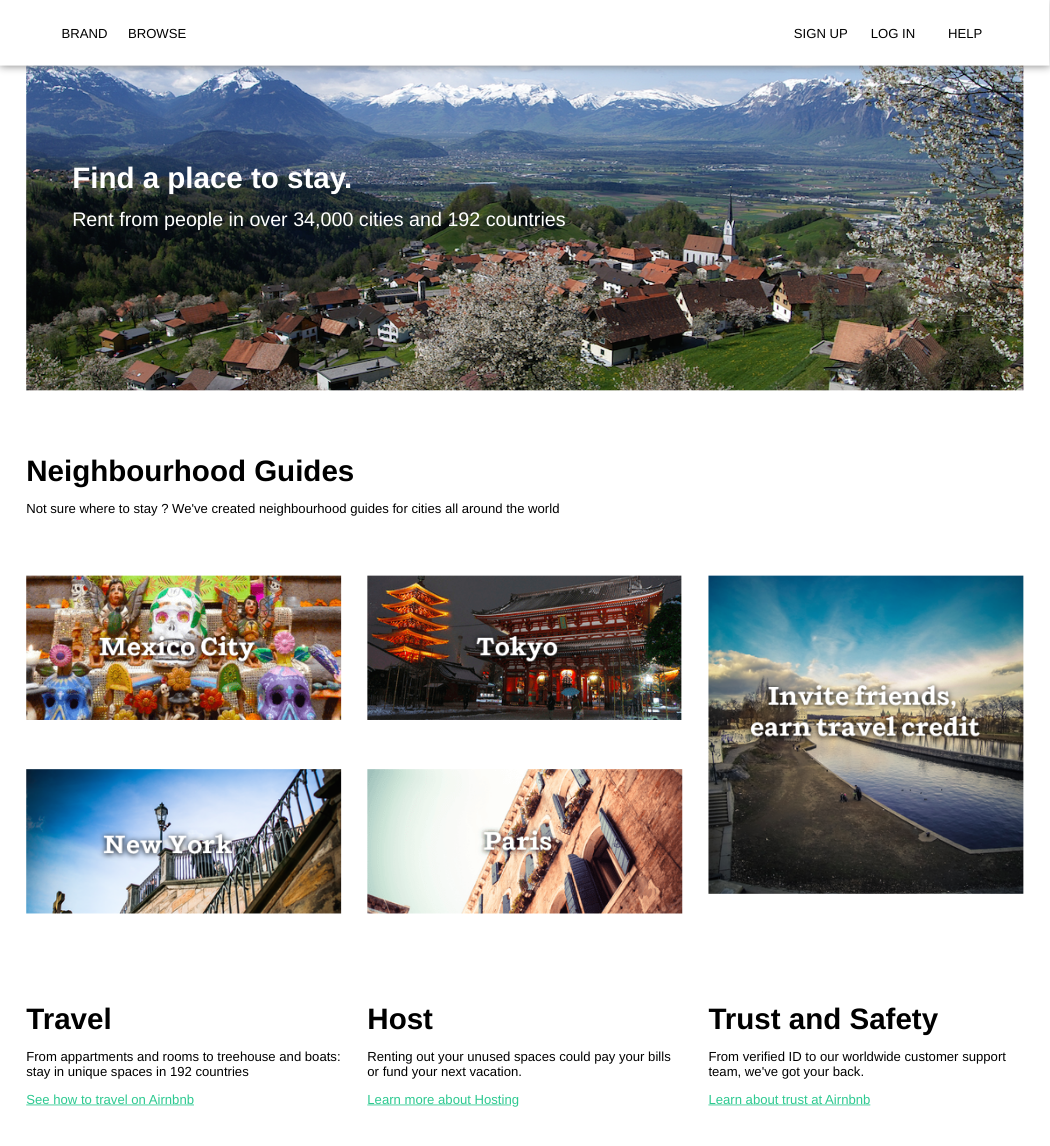
Repository: Naohonproject/web101x02-asm3
Page: Project3.html
The author's editor kept a copy of each file at every save. The page is drawn from the files as they stood at one save, then again after a run of saves.
The browser window is 1280 px wide. The pictures show the whole page, at 82% of full size.

Above is the page before, as saved 2022-01-22 16:12:56.

### Project3.html
<!-- @format -->

<!DOCTYPE html>
<html lang="en">
	<head>
		<meta charset="UTF-8" />
		<meta http-equiv="X-UA-Compatible" content="IE=edge" />
		<meta name="viewport" content="width=device-width, initial-scale=1.0" />
		<link rel="stylesheet" href="./assets/css/style.css" />

		<link rel="stylesheet" href="./assets/css/layout.css" />
		<link rel="stylesheet" href="./assets/css/responsive.css" />
		<title>Home</title>
	</head>
	<body id="web-container">
		<header id="header">
			<div class="header-wrapper">
				<div class="nav-bar">
					<div class="left-col">
						<div class="nav-item ml">
							<a href="#">Brand</a>
						</div>

						<div class="nav-item ml">
							<a href="#">Browse</a>
						</div>
					</div>

					<div class="right-col">
						<div class="nav-item ml">
							<a href="Signup.html" target="_blank">Sign Up</a>
						</div>

						<div class="nav-item ml">
							<a href="login.html" target="_blank">Log In</a>
						</div>

						<div class="nav-item ml mr">
							<a href="#" target="_blank">Help</a>
						</div>
					</div>
				</div>
			</div>
		</header>

		<div id="main" class="p-32">
			<div id="banner">
				<div class="banner-wrapper">
					<div class="content-heading">
						<h1 class="bold-text white-text">Find a place to stay.</h1>
					</div>
					<div class="content-desc">
						<p class="white-text">
							Rent from people in over 34,000 cities and 192 countries
						</p>
					</div>
				</div>
			</div>

			<div id="section">
				<div class="section-wrapper">
					<div class="section-heading">
						<h2 class="bold-text">Neighbourhood Guides</h2>
					</div>
					<div class="section-desc">
						<p>
							Not sure where to stay ? We've created neighbourhood guides for
							cities all around the world
						</p>
					</div>
				</div>
			</div>

			<div id="img-list">
				<div class="img-list-wrapper row">
					<div class="image-block col-tablet-6 col-desktop-4">
						<img
							class="first-img"
							src="./assets/img/web101x-Mexico City.png"
							alt="Mexico City"
							width="360"
						/>
						<img
							src="./assets/img/web101x-New York.png"
							alt="New York City"
							width="360"
						/>
					</div>
					<div class="image-block col-tablet-6 col-desktop-4">
						<img
							class="first-img"
							src="./assets/img/web101x-Tokyo.png"
							alt="Tokyo City"
							width="360"
						/>
						<img
							src="./assets/img/web101x-Paris.png"
							alt="Paris City"
							width="360"
						/>
					</div>
					<div class="image-block col-tablet-6 col-desktop-4">
						<img
							src="./assets/img/web101x-Invitation.png"
							alt="Invitation image"
							width="360"
						/>
					</div>
				</div>
				<div class="clear"></div>
			</div>
		</div>

		<footer id="footer" class="p-32">
			<div class="footer-wrapper row">
				<div class="footer-block col-desktop-4">
					<h3 class="bold-text">Travel</h3>
					<p>
						From appartments and rooms to treehouse and boats: stay in unique
						spaces in 192 countries
					</p>
					<a href="#">See how to travel on Airnbnb</a>
				</div>

				<div class="footer-block col-desktop-4">
					<h3 class="bold-text">Host</h3>
					<p>
						Renting out your unused spaces could pay your bills or fund your
						next vacation.
					</p>
					<a href="#">Learn more about Hosting</a>
				</div>

				<div class="footer-block col-desktop-4">
					<h3 class="bold-text">Trust and Safety</h3>
					<p>
						From verified ID to our worldwide customer support team, we've got
						your back.
					</p>
					<a href="#">Learn about trust at Airnbnb</a>
				</div>
				<div class="clear"></div>
			</div>
		</footer>
	</body>
</html>

### assets/css/style.css
/**
 * /* ======reset css======
 *
 * @format
 */

*,
::before,
::after {
	padding: 0;
	margin: 0;
	box-sizing: border-box;
	list-style-type: none;
	text-decoration: none;
	color: #000;
}

html {
	font-family: "Helvetica Neue", Helvetica, Arial;
}

.header-wrapper {
	font-size: 16px;
}

.nav-bar a {
	color: #fff;
	text-transform: uppercase;
}

### assets/css/layout.css
/** @format */

.ml {
	margin-left: 10px;
}

.mr {
	margin-right: 10px;
}

.row {
	display: flex;
	flex-direction: row;
	flex-wrap: wrap;
}

.bold-text {
	font-size: 36px;
	font-weight: bold;
}

.row > * {
	width: 100%;
	max-width: 100%;
	flex-shrink: 0;
}

.col-1 {
	width: 8.33%;
}
.col-2 {
	width: 16.66%;
}
.col-3 {
	width: 25%;
}
.col-4 {
	width: 33.33%;
}
.col-5 {
	width: 41.66%;
}
.col-6 {
	width: 50%;
}
.col-7 {
	width: 58.33%;
}
.col-8 {
	width: 66.66%;
}
.col-9 {
	width: 75%;
}
.col-10 {
	width: 83.33%;
}
.col-11 {
	width: 91.66%;
}
.col-12 {
	width: 100%;
}

#header {
	width: 100%;
	height: 80px;
	background-color: #60646d;
	background-clip: border-box;
	position: fixed;
	left: 0;
	top: 0;
	z-index: 1;
}

.nav-bar {
	display: flex;
	flex-direction: row;
	flex-wrap: no-wrap;
	align-items: center;
	justify-content: space-evenly;
	padding: 0 20px;
}

.nav-item {
	width: 70px;
	height: 80px;
	padding: 32px 0;
	text-align: center;
}

.left-col {
	display: flex;
	flex: 2;
	flex-direction: row;
	justify-content: space-around;
	align-items: center;
}

.right-col {
	display: flex;
	flex: 3;
	flex-direction: row;
	justify-content: space-around;
	align-items: center;
}

#main {
	margin-top: 80px;
}

#main,
#footer {
	padding: 32px;
}

#banner {
	width: 100%;
	background-color: #fff;
	color: #000;
	position: relative;
	top: 0;
	left: 0;
}

div[class*="-heading"] {
	padding-top: 36px;
}

div[class*="-desc"] {
	margin-top: 16px;
}

#section {
	margin-top: 42px;
}

#img-list {
	width: 100%;
}

.img-list-wrapper {
	padding: 24px 0;
	margin: 0 auto;
}

#img-list img {
	width: 100%;
	margin-top: 56px;
}

.footer-block {
	padding: 24px 0;
}

.footer-block > * {
	padding: 16px 0;
}

#footer a {
	color: #2cc990;
	text-decoration: underline;
}

### assets/css/responsive.css

/* ========responsive for tablet============== */

@media screen and (min-width: 768px) {
	#header {
		background-color: #60646d;
	}

	.nav-bar {
		padding: 0 28px;
	}

	.left-col {
		justify-content: flex-start;
	}

	.right-col {
		justify-content: flex-end;
	}

	.ml {
		margin-left: 14px;
	}

	.mr {
		margin-right: 14px;
	}

	.img-list-wrapper {
		margin: 0 -24px;
	}

	.col-tablet-1 {
		width: 8.33%;
	}
	.col-tablet-2 {
		width: 16.66%;
	}
	.col-tablet-3 {
		width: 25%;
	}
	.col-tablet-4 {
		width: 33.33%;
	}
	.col-tablet-5 {
		width: 41.66%;
	}
	.col-tablet-6 {
		width: 50%;
		padding: 0 24px;
	}
	.col-tablet-7 {
		width: 58.33%;
	}
	.col-tablet-8 {
		width: 66.66%;
	}
	.col-tablet-9 {
		width: 75%;
	}
	.col-tablet-10 {
		width: 83.33%;
	}
	.col-tablet-11 {
		width: 91.66%;
	}
	.col-tablet-12 {
		width: 100%;
	}

	#footer p {
		padding-top: 0;
	}

	#main {
		padding-bottom: 0;
	}

	#footer {
		padding-top: 0;
	}

	.footer-block {
		margin-top: 32px;
	}

	#banner {
		border-bottom: 1px solid #d4d4d4;
	}

	div[class*="-desc"] {
		padding-bottom: 32px;
	}

	#img-list {
		margin-top: -56px;
	}
}

/* ========responsive for desktop */

@media screen and (min-width: 992px) {
	#header {
		background-color: #fff;
		box-shadow: 0 0 10px gray;
	}

	.nav-bar {
		padding: 0 50px;
	}

	.left-col {
		justify-content: flex-start;
	}

	.right-col {
		justify-content: flex-end;
	}

	.ml {
		margin-left: 18px;
	}

	.mr {
		margin-right: 18px;
	}

	.nav-bar a {
		color: #000;
	}
	.row {
		margin: 0 -16px;
	}

	.col-desktop-1 {
		width: 8.33%;
	}
	.col-desktop-2 {
		width: 16.66%;
	}
	.col-desktop-3 {
		width: 25%;
	}
	.col-desktop-4 {
		width: 33.33%;
		padding: 16px;
	}
	.col-desktop-5 {
		width: 41.66%;
	}
	.col-desktop-6 {
		width: 50%;
	}
	.col-desktop-7 {
		width: 58.33%;
	}
	.col-desktop-8 {
		width: 66.66%;
	}
	.col-desktop-9 {
		width: 75%;
	}
	.col-desktop-10 {
		width: 83.33%;
	}
	.col-desktop-11 {
		width: 91.66%;
	}
	.col-desktop-12 {
		width: 100%;
	}

	#main {
		margin-top: -32px;
	}

	#banner {
		padding-top: 39.123607%;
		background: url(../img/banner/banner.png) top center / cover no-repeat;
		background-origin: border-box;
		border: none;
	}

	.banner-wrapper {
		position: absolute;
		top: 160px;
		left: 56px;
	}

	#banner .content-heading {
		font-size: 28px;
	}

	#banner .content-desc {
		font-size: 24px;
	}

	.white-text {
		color: #fff;
	}

After the next 3 saves:
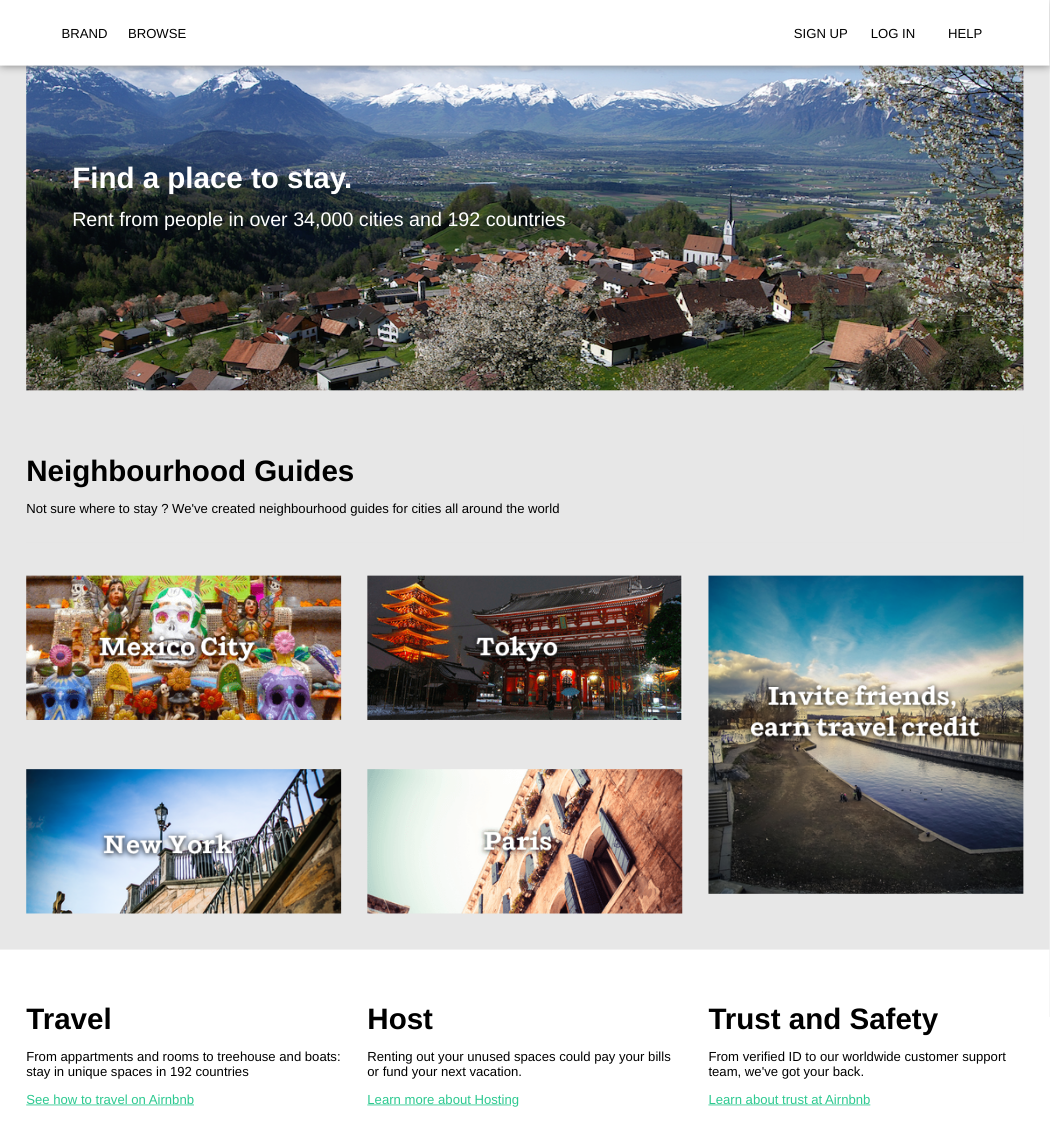
The 3 saves are shown as one change because they came seconds apart.
The last was saved 75 s later.
--- a/assets/css/responsive.css
+++ b/assets/css/responsive.css
@@ -198,3 +198,9 @@
 	.white-text {
 		color: #fff;
 	}
+
+#main,#section {
+	background-color: #e7e7e7;
+	width: 100%;
+	background-clip: border-box;
+}
